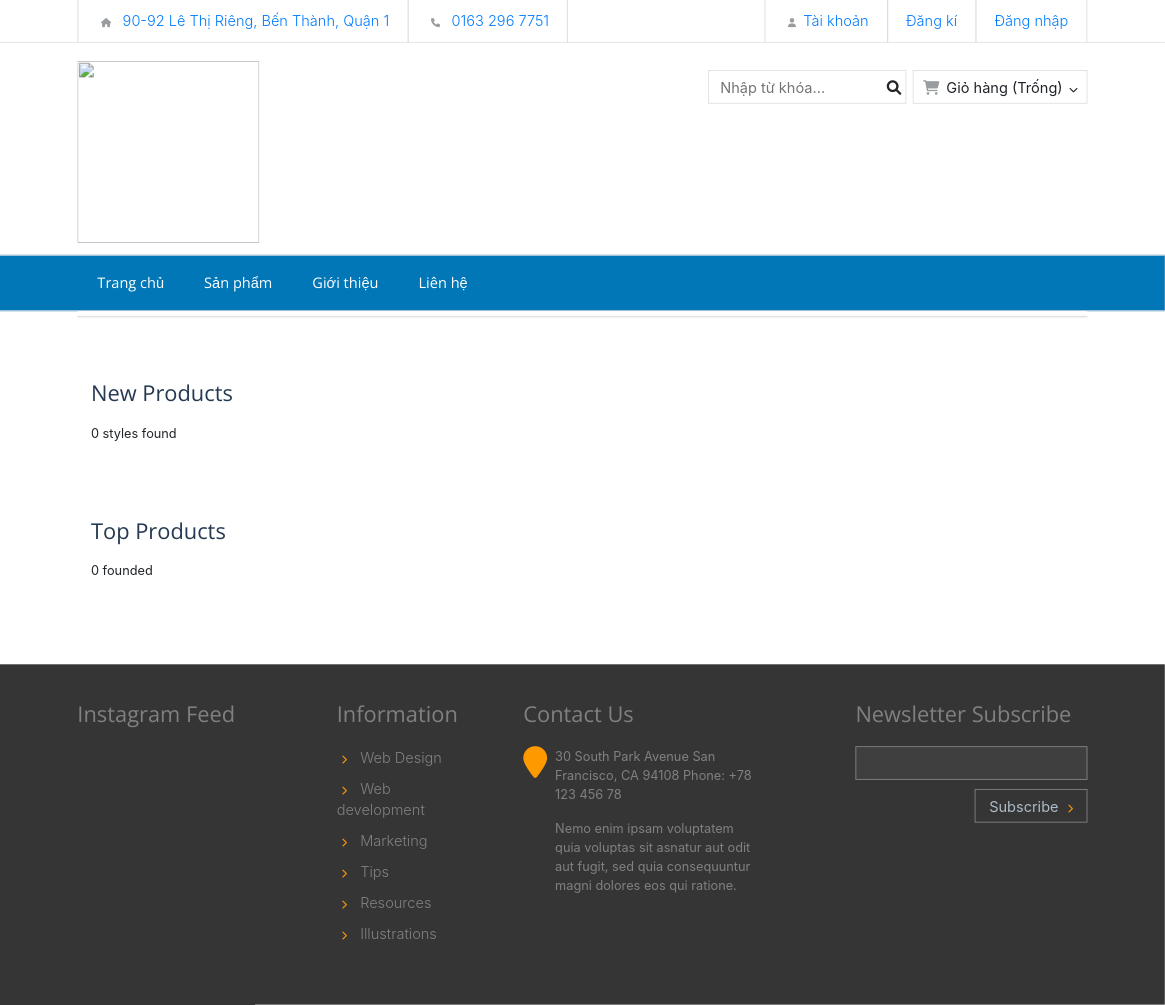
Repository: thidieu2005/Cake-Shop
Page: resources/views/page/trangchu.blade.php
These files come from the project's save history. The page is drawn as it stood at one moment and after the next save; the edit follows.
The browser window is 1280 px wide. The pictures show the whole page, at 91% of full size.
Some web fonts or font styles are not loaded; a fallback is used. Some web libraries are served in a nearby version. The page is served by the project's Laravel application, run on PHP 8.4 with Laravel 10. The database holds what the project's SQL file puts in it. The template is opened directly, without the code that normally fills it, so the values that code supplies are empty.

Above is the page before, as saved 2025-03-13 11:11:13.
Console error: TypeError: Cannot read properties of undefined (reading 'style')

After the next save:
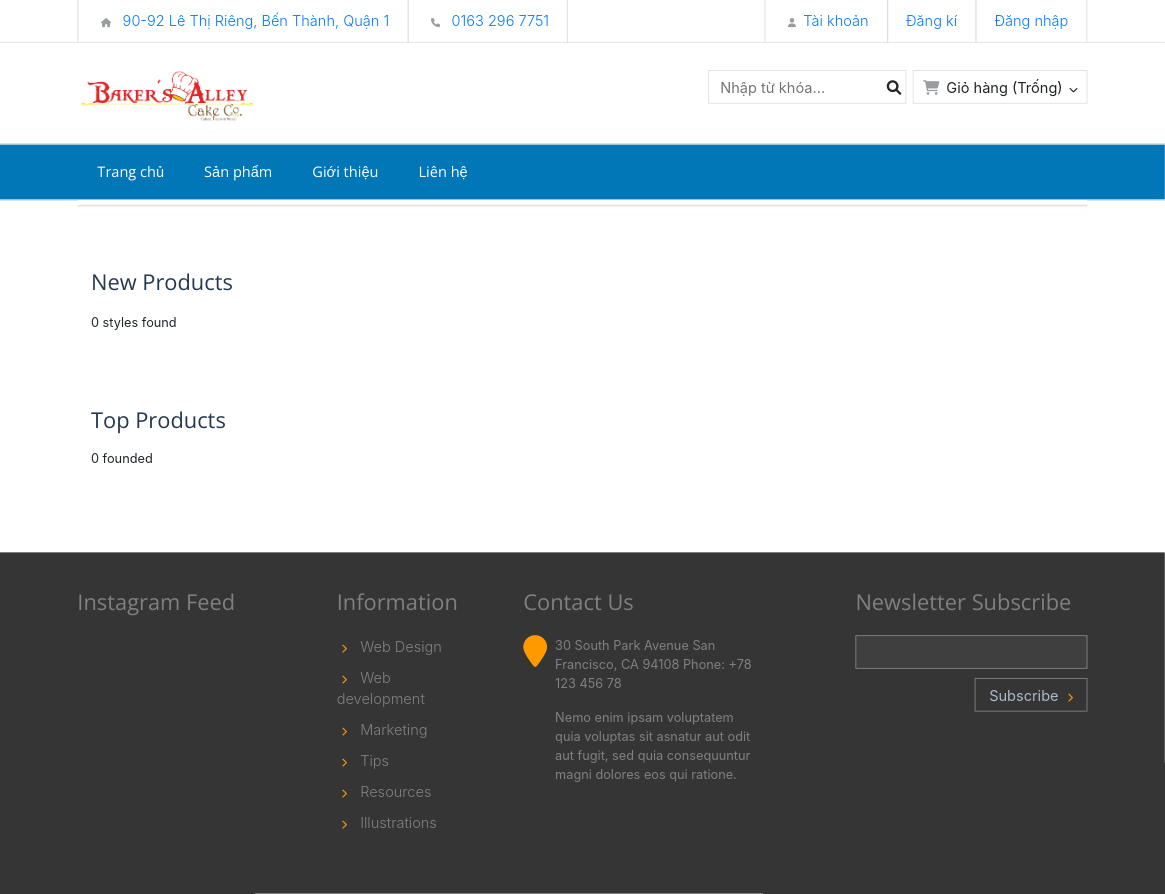
Saved 2 min 17 s later.
--- a/resources/views/commons/header.blade.php
+++ b/resources/views/commons/header.blade.php
@@ -20,7 +20,7 @@
 	<div class="header-body">
 		<div class="container beta-relative">
 			<div class="pull-left">
-				<a href="index.html" id="logo"><img src="assets/dest/images/logo-cake.png" width="200px" alt=""></a>
+				<a href="index.html" id="logo"><img src="public/source/assets/dest/images/logo-cake.png" width="200px" alt=""></a>
 			</div>
 			<div class="pull-right beta-components space-left ov">
 				<div class="space10">&nbsp;</div>

After the save that followed:
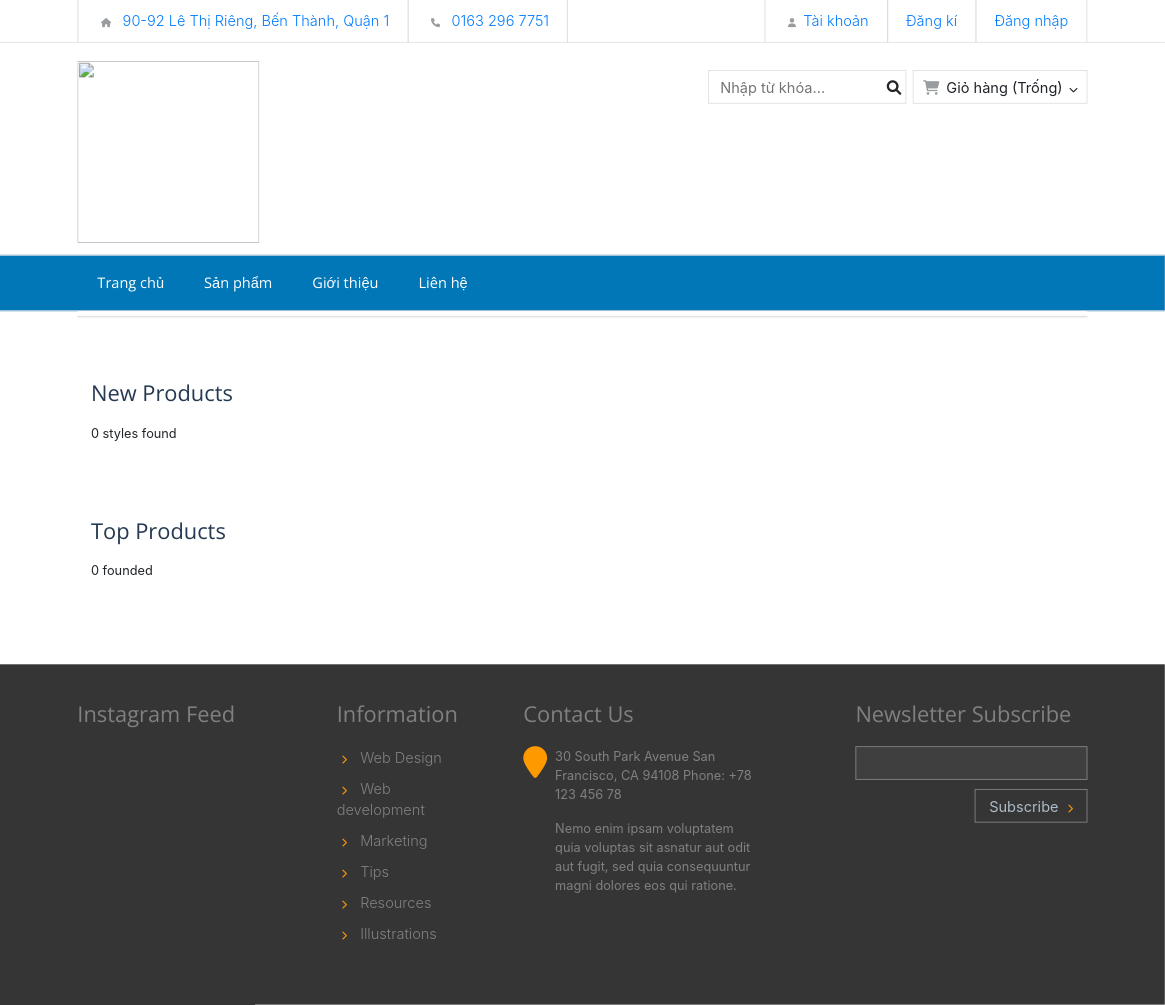
Saved 9 s later.
--- a/resources/views/commons/header.blade.php
+++ b/resources/views/commons/header.blade.php
@@ -20,7 +20,7 @@
 	<div class="header-body">
 		<div class="container beta-relative">
 			<div class="pull-left">
-				<a href="index.html" id="logo"><img src="public/source/assets/dest/images/logo-cake.png" width="200px" alt=""></a>
+				<a href="index.html" id="logo"><img src="/assets/dest/images/logo-cake.png" width="200px" alt=""></a>
 			</div>
 			<div class="pull-right beta-components space-left ov">
 				<div class="space10">&nbsp;</div>
